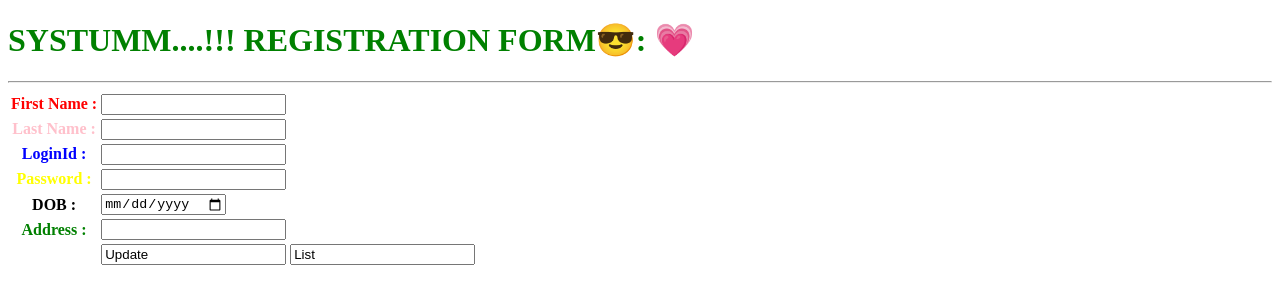
Repository: Jatdevta/AdvanceJava
Page: http://localhost/DynamicProject/UpdateUser.jsp
The author's editor kept a copy of each file at every save. The page is drawn from the files as they stood at one save, then again after the next save.
The browser window is 1280 px wide. The pictures show the whole page.
The page is served by Tomcat 9.

Above is the page before, as saved 2023-08-21 09:30:37.

After the next save:
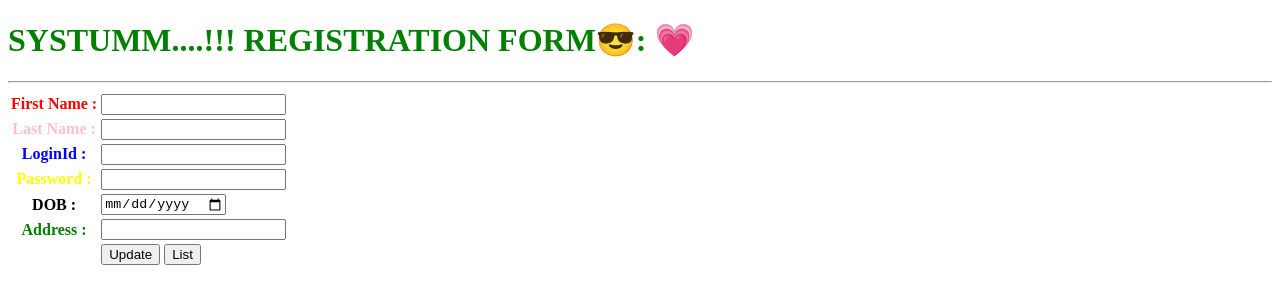
Saved 73 s later.
--- a/Advancejava/DynamicProject/WebContent/UpdateUser.jsp
+++ b/Advancejava/DynamicProject/WebContent/UpdateUser.jsp
@@ -43,8 +43,8 @@
 			</tr>
 			<tr>
 				<th></th>
-				<td><input type="Update" name="operation" value="Update">
-					<input type="List" name="operation" value="List"></td>
+				<td><input type="Submit" name="operation" value="Update">
+					<input type="submit" name="operation" value="List"></td>
 			</tr>
 		</table>
 	</form>
